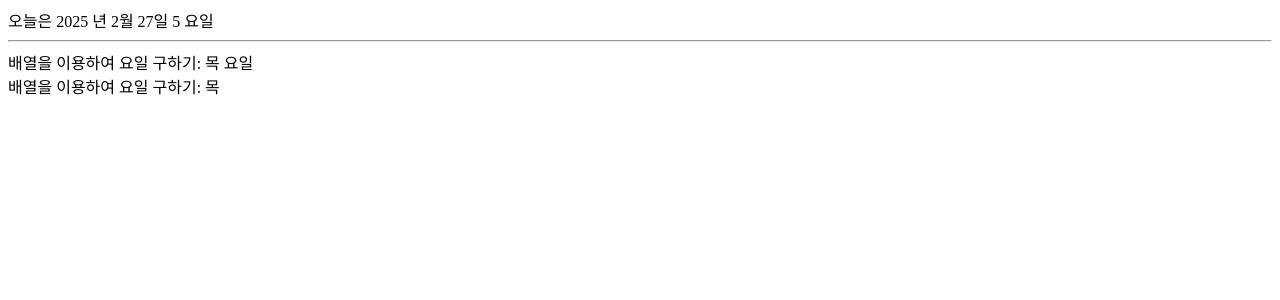
Repository: yubeens/JSP
Page: http://localhost/JSP_Project/exam/DateExam.jsp
The author's editor kept a copy of each file at every save. The page is drawn from the files as they stood at one save, then again after the next save.
The browser window is 1280 px wide. The pictures show the whole page.
The page is served by Tomcat 9. Other server files are loaded and not shown.

Above is the page before, as saved 2025-02-27 07:00:45.

### JSP_Project/src/main/webapp/exam/DateExam.jsp
<%@page import="java.util.Calendar"%>
<%@ page language="java" contentType="text/html; charset=UTF-8"
    pageEncoding="UTF-8"%>
<!DOCTYPE html>
<html>
<head>
<meta charset="UTF-8">
<title>Insert title here</title>
</head>
<%
Calendar ca = Calendar.getInstance();
String[] arr = {"일","월","화","수","목","금","토"};

%>
<body>
오늘은 <%=ca.get(Calendar.YEAR) %> 년
 	 <%=ca.get(Calendar.MONTH)+1 %>월
 	 <%=ca.get(Calendar.DATE) %>일
 	 <%=ca.get(Calendar.DAY_OF_WEEK) %> 요일
<hr>
배열을 이용하여 요일 구하기: <%=arr[4] %> 요일<br>
배열을 이용하여 요일 구하기: <%=arr[ca.get(Calendar.DAY_OF_WEEK)-1] %><br>


</body>
</html>

After the next save:
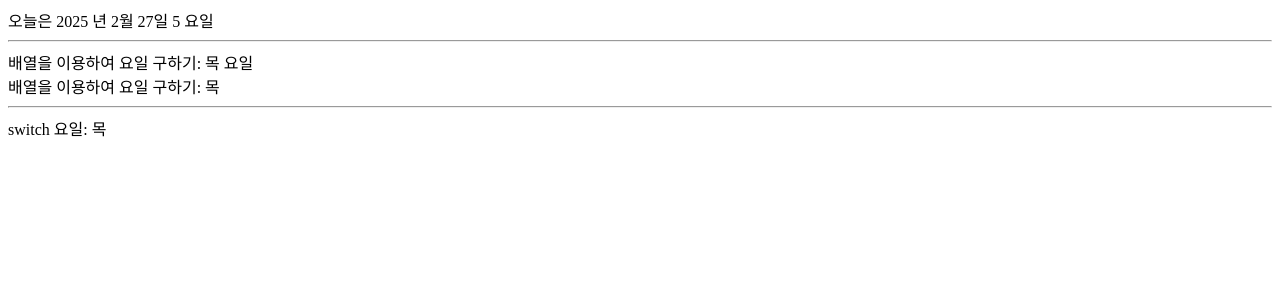
Saved 5 min 28 s later.
--- a/JSP_Project/src/main/webapp/exam/DateExam.jsp
+++ b/JSP_Project/src/main/webapp/exam/DateExam.jsp
@@ -11,6 +11,16 @@
 Calendar ca = Calendar.getInstance();
 String[] arr = {"일","월","화","수","목","금","토"};
 
+String day="";
+switch(ca.get(Calendar.DAY_OF_WEEK)){
+	case 1:day="일";break;
+	case 2:day="월";break;
+	case 3:day="화";break;
+	case 4:day="수";break;
+	case 5:day="목";break;
+	case 6:day="금";break;
+	case 7:day="토";break;
+}
 %>
 <body>
 오늘은 <%=ca.get(Calendar.YEAR) %> 년
@@ -19,8 +29,9 @@ String[] arr = {"일","월","화","수","목","금","토"};
  	 <%=ca.get(Calendar.DAY_OF_WEEK) %> 요일
 <hr>
 배열을 이용하여 요일 구하기: <%=arr[4] %> 요일<br>
-배열을 이용하여 요일 구하기: <%=arr[ca.get(Calendar.DAY_OF_WEEK)-1] %><br>
-
+배열을 이용하여 요일 구하기: <%=arr[ca.get(Calendar.DAY_OF_WEEK)-1] %><br> <!-- 캘린더에 맞춰 요일변경 됨 -->
+<hr>
+switch 요일: <%=day %>
 
 </body>
 </html>
